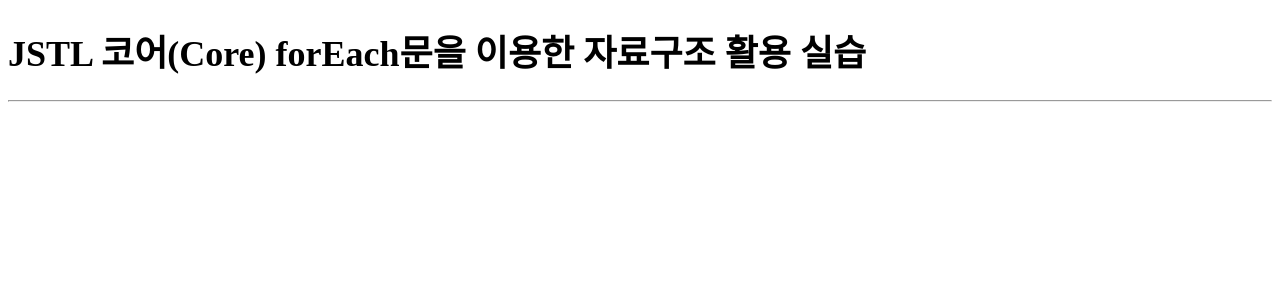
Repository: onpul/Web
Page: http://localhost/WebApp22/Test6_result.jsp
An editor plug-in stored every save of this project. The page is shown before and after the next save, followed by the edit.
The browser window is 1280 px wide. The pictures show the whole page.
The page is served by Tomcat 9.

Above is the page before, as saved 2022-04-29 02:06:03.

After the next save:
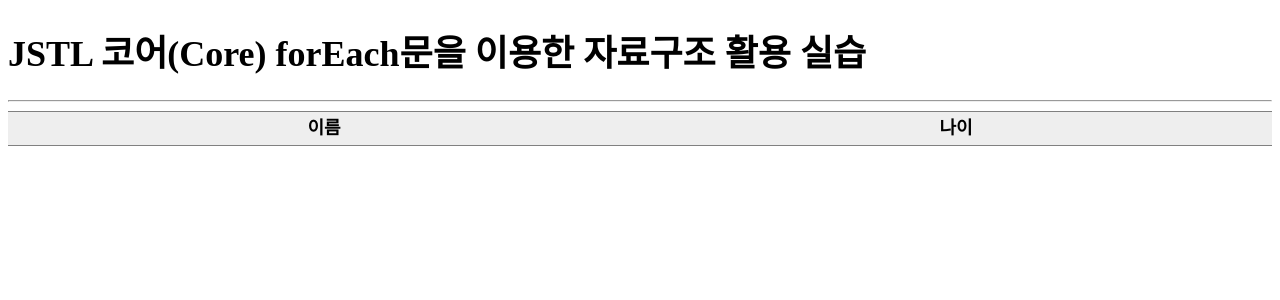
Saved 39 s later.
--- a/WebApp22/WebContent/Test6_result.jsp
+++ b/WebApp22/WebContent/Test6_result.jsp
@@ -18,7 +18,14 @@
 	<hr>
 </div>
 
-
+<div>
+	<table class="table">
+		<tr>
+			<th>이름</th>
+			<th>나이</th>
+		</tr>
+	</table>
+</div>
 
 </body>
 </html>
